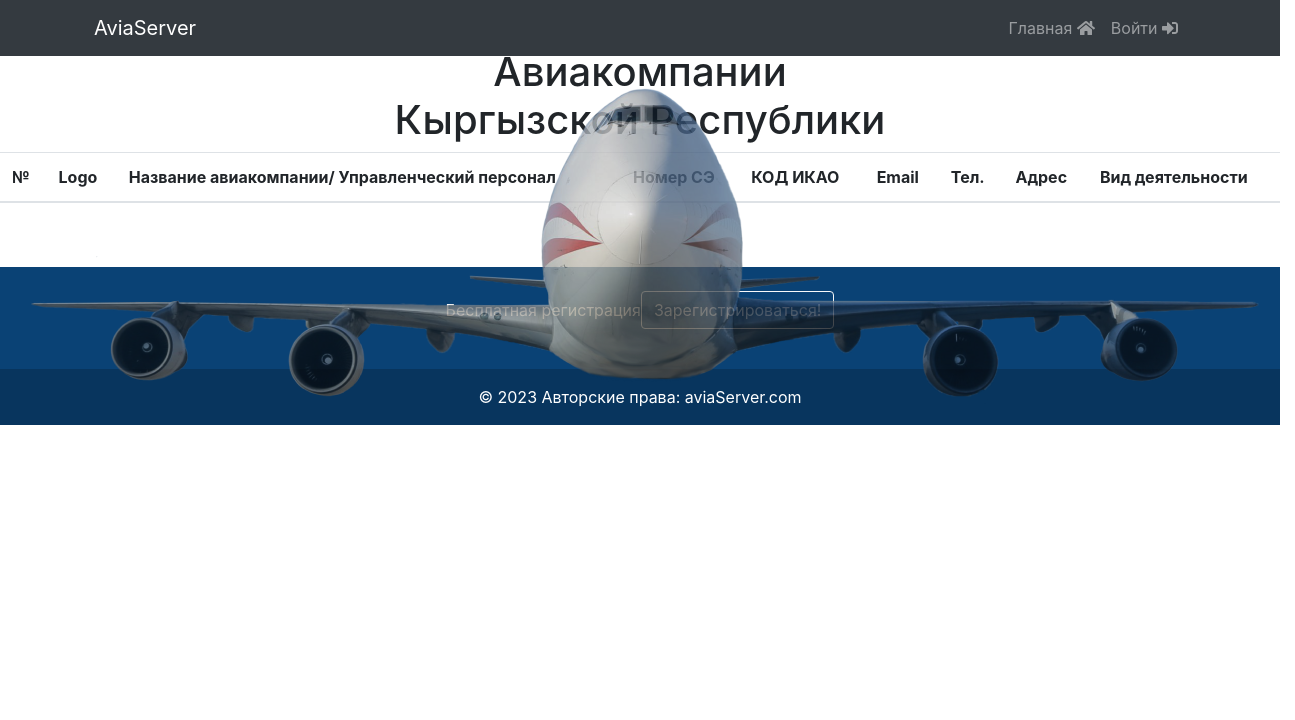
Repository: sulimonn/aviaServer
Page: products/templates/products/index.html
These files come from the project's save history. The page is drawn as it stood at one moment and after the next save; the edit follows.
The browser window is 1280 px wide. The page is 1295 px wide, so the pictures cover 1295 px, including what lies to the right of the window. The pictures show the whole page.
Some web libraries are served in a nearby version. The template is drawn by Django 4.2. The application's start-up code is not run. The template is opened directly, without the code that normally fills it, so the values that code supplies are empty.

Above is the page before, as saved 2023-08-13 22:41:44.

After the next save:
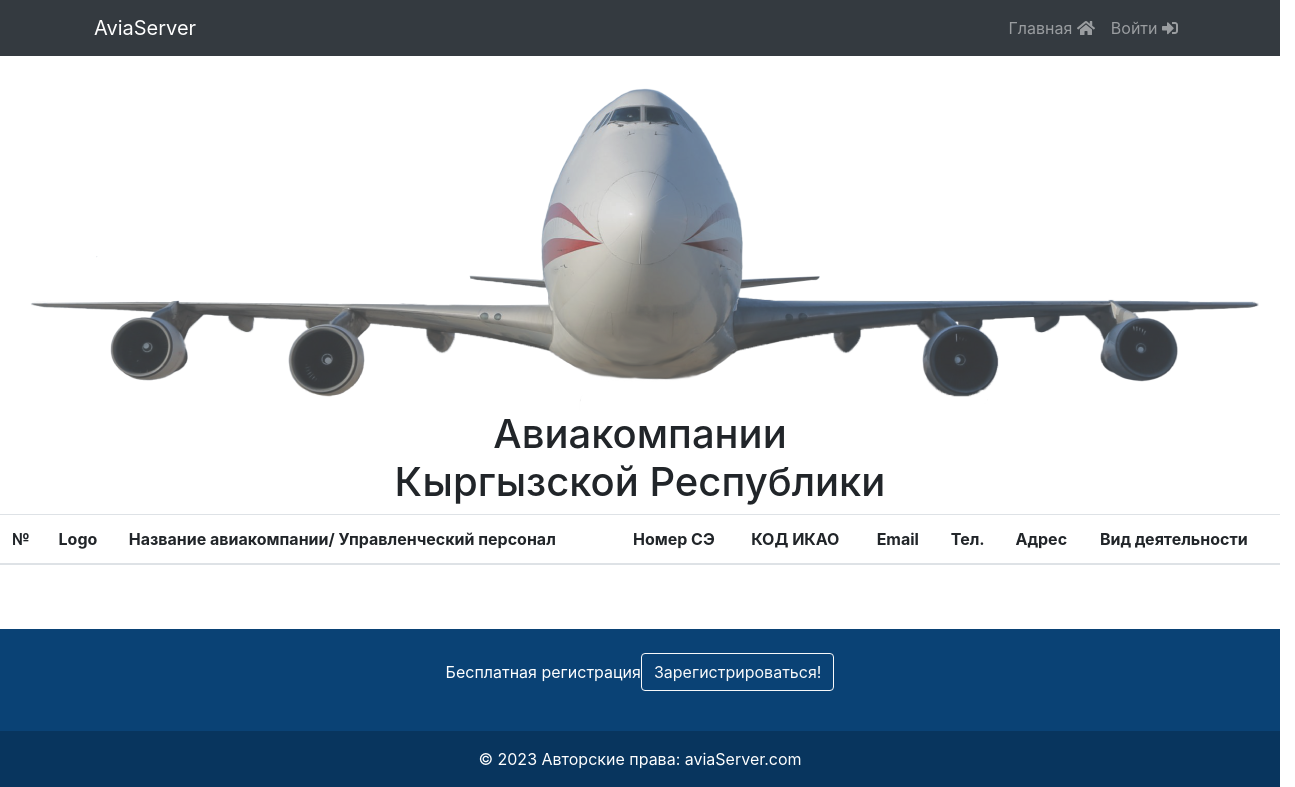
Saved 32 s later.
--- a/products/templates/products/index.html
+++ b/products/templates/products/index.html
@@ -8,7 +8,7 @@
 <br><br>
 
 <div class="position-relative">
-    <img class="position-absolute top-50 start-50 translate-middle" src="/media/img/carusel.png">
+    <img align="center" src="/media/img/carusel.png">
 </div>
 <div>
     <h1 align="center">Авиакомпании <br> Кыргызской Республики</h1>
